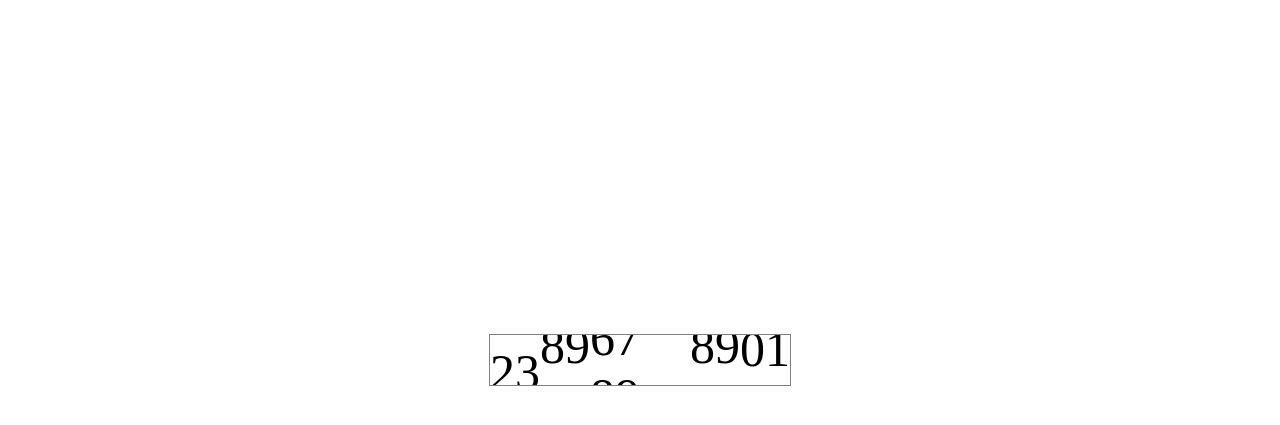
Repository: cbtpro/javascript
Page: src/animation-time/index.html
The author's editor kept a copy of each file at every save. The page is drawn from the files as they stood at one save, then again after the next save.
The browser window is 1280 px wide. The pictures show the whole page.

Above is the page before, as saved 2023-04-05 17:35:18.

After the next save:
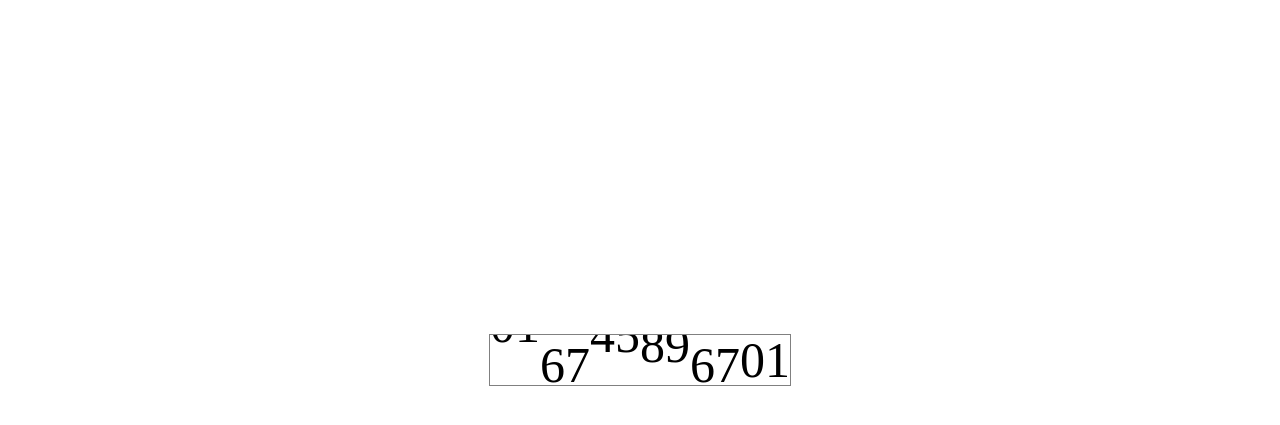
Saved 112 s later.
--- a/src/animation-time/index.html
+++ b/src/animation-time/index.html
@@ -32,6 +32,7 @@
       position: relative;
       font-size: 50px;
       width: 1em;
+      line-height: 80px;
       text-align: center;
       word-wrap: break-word;
       transition: top 0.5s;
